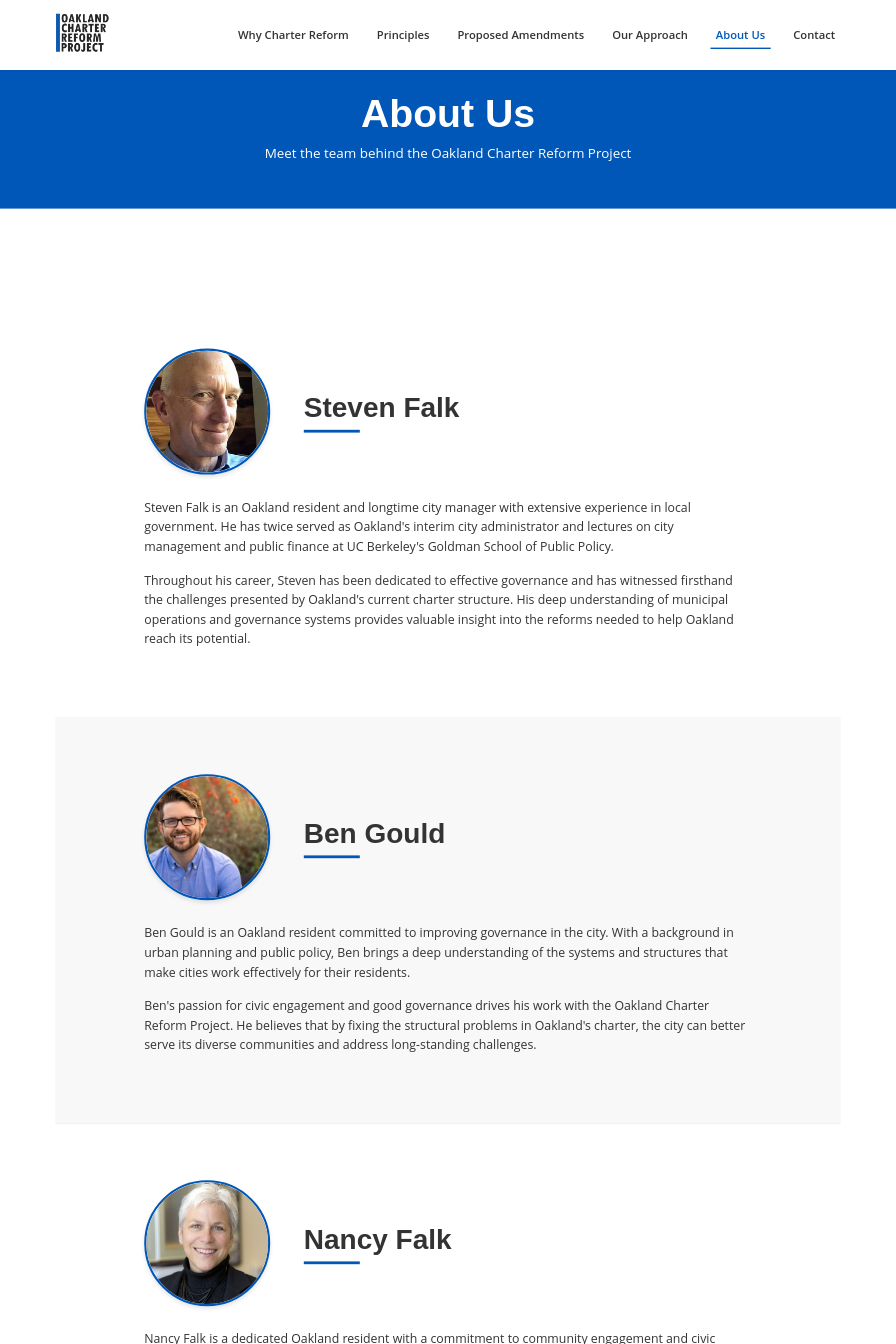
Repository: bgould132/oaklandcharterreform
Page: about.html
An editor plug-in stored every save of this project. The page is shown before and after a run of saves, followed by the edit.
The browser window is 1280 px wide. The pictures show the part of the page from y = 0 to 1920 px (the page is 3148 px tall), at 70% of full size.

Above is the page before, as saved 2025-04-07 10:23:08.

After the next 2 saves:
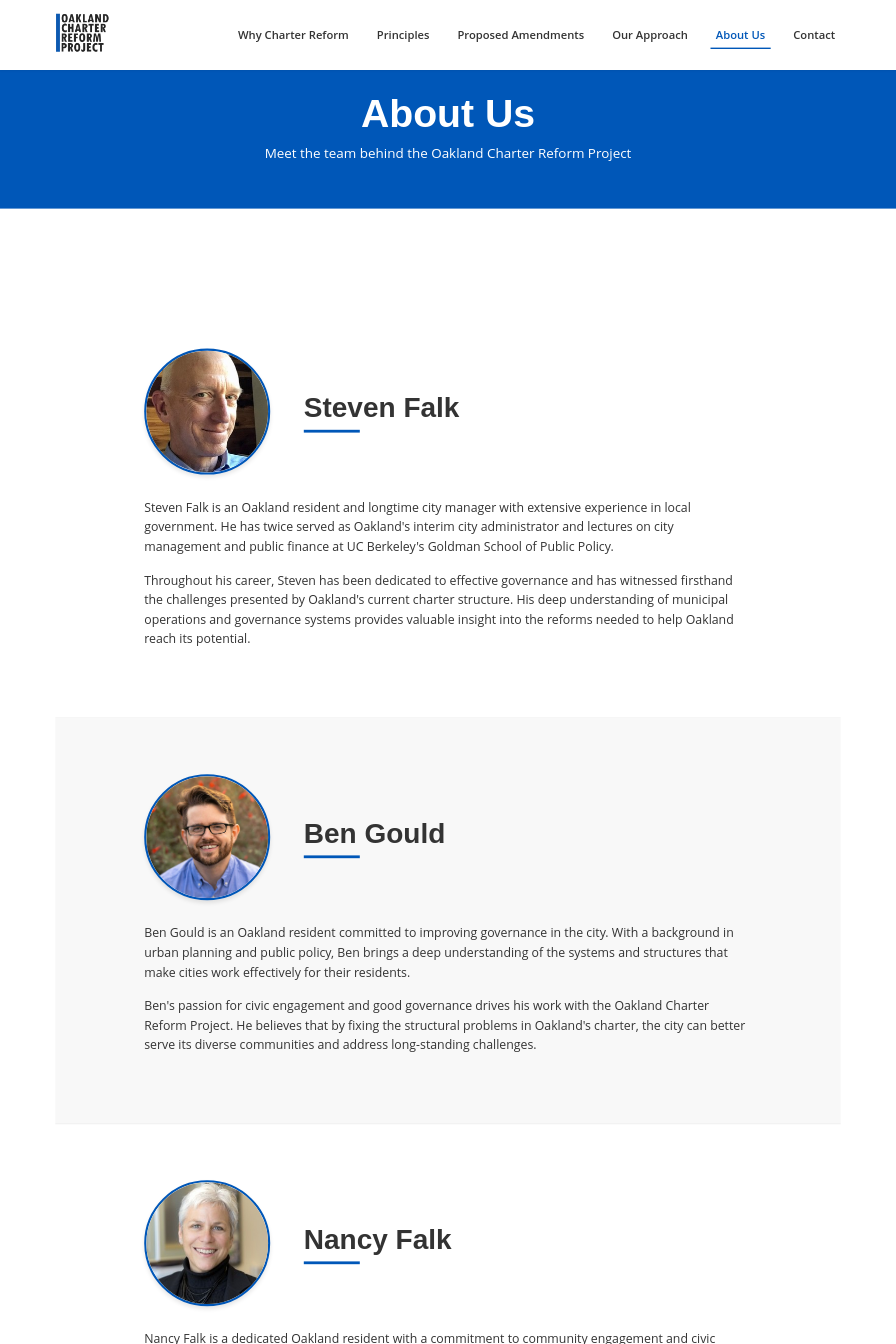
The 2 saves are shown as one change because they came seconds apart.
The last was saved 68 s later.
--- a/about.html
+++ b/about.html
@@ -70,7 +70,7 @@
                     <div class="team-member-info">
                         <div class="member-header">
                             <div class="member-photo">
-                                <img src="images/team/Ben Gould.jpeg" alt="Photo of Ben Gould">
+                                <img src="images/team/Ben Gould square.jpeg" alt="Photo of Ben Gould">
                             </div>
                             <div class="member-title">
                                 <h2>Ben Gould</h2>
